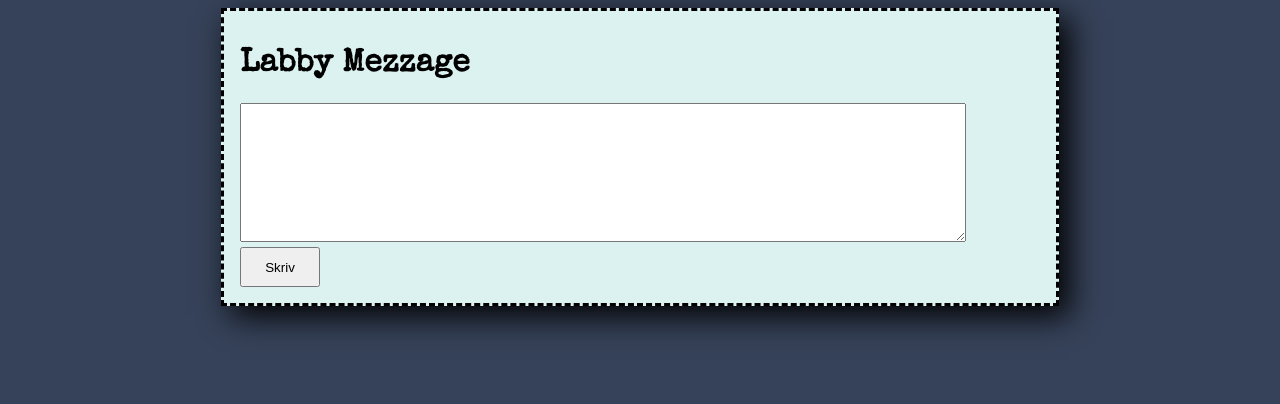
Repository: LindaOtt/1dv403-lo222hd-laborationer
Page: 2-labbymezzage/message.html
The author's editor kept a record of every edit. The page is drawn from the files as they stood at one moment, then again after the next edit.
The browser window is 1280 px wide. The pictures show the whole page.

Above is the page before.

After the next edit:
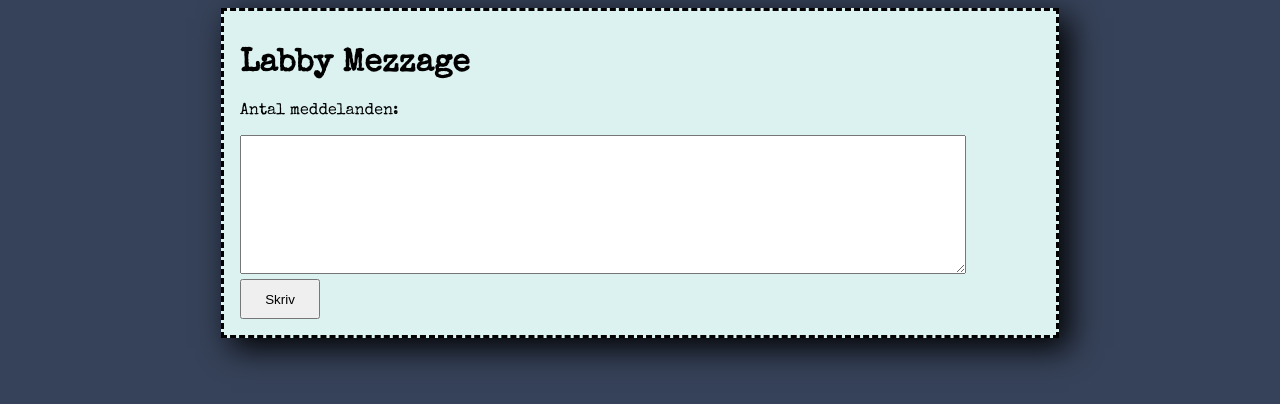
The edit:
--- a/2-labbymezzage/message.html
+++ b/2-labbymezzage/message.html
@@ -9,6 +9,7 @@
 <body>
     <div id="content">
         <h1>Labby Mezzage</h1>
+        <p>Antal meddelanden: <span id="number-messages"></span></p>
 
         <form action="" onsubmit="return false">
             <textarea id="message-area"></textarea>
